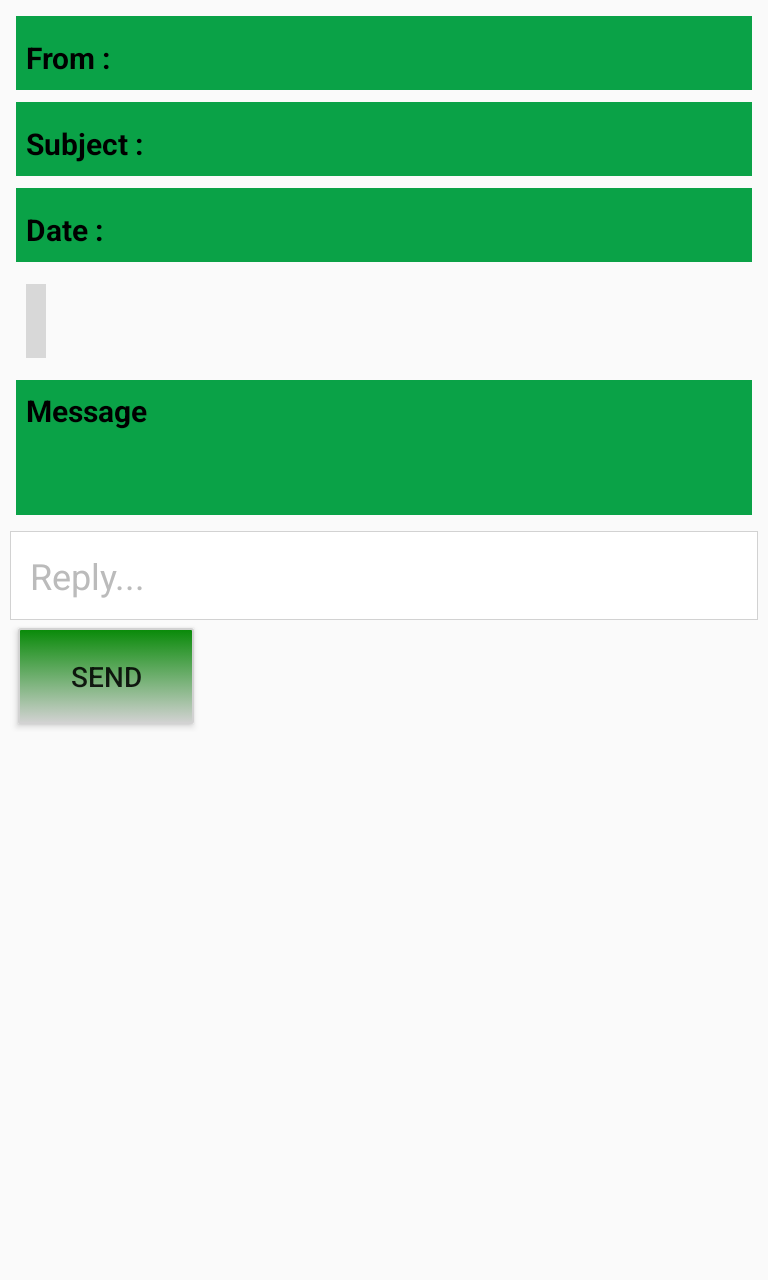
Repository: iguardian2015/iguardian-litchi
Layout: iguardian/res/layout/custom_inbox_view.xml
The author's editor kept a copy of each file at every save. The layout is drawn from the files as they stood at one save, then again after the next save.
It is drawn on a 768 x 1280 px phone screen (xhdpi) without system bars, with theme AppTheme; the app's code is not run.

Above is the layout before, as saved 2015-01-12 08:40:59.

After the next save:
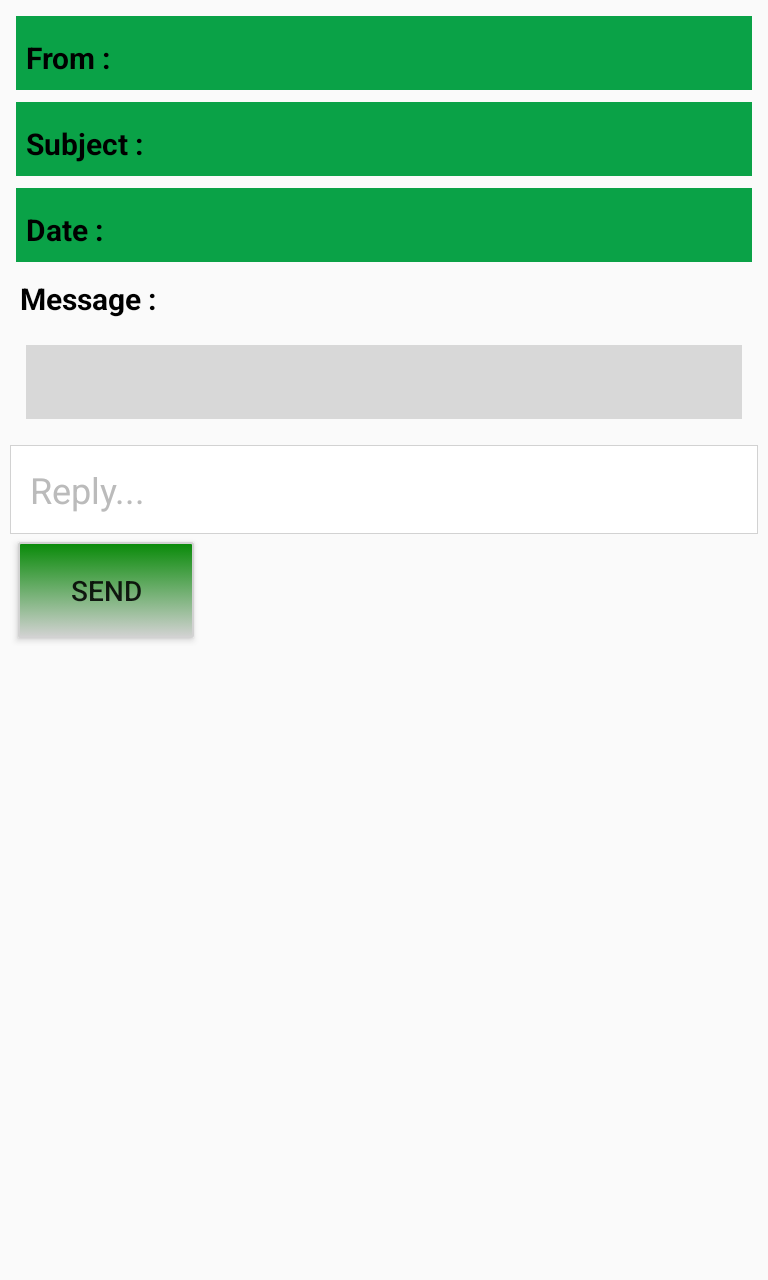
Saved 37 s later.
--- a/iguardian/res/layout/custom_inbox_view.xml
+++ b/iguardian/res/layout/custom_inbox_view.xml
@@ -95,12 +95,21 @@
                 android:textSize="20dp"
                 android:textStyle="italic" />
         </LinearLayout>
-
+			<TextView
+                android:id="@+id/message"
+                android:layout_width="wrap_content"
+                android:layout_height="wrap_content"
+                android:padding="5dp"
+                android:text="Message :"
+                android:textAppearance="?android:attr/textAppearanceLarge"
+                android:textColor="#000000"
+                android:textSize="15dp"
+                android:textStyle="bold" />
 
 
             <TextView
                 android:id="@+id/mes"
-                android:layout_width="wrap_content"
+                android:layout_width="match_parent"
                 android:layout_height="wrap_content"
                 android:layout_margin="8dp"
                 android:padding="5dp"
@@ -111,34 +120,10 @@
                 android:textSize="20dp"
                 android:textStyle="italic" />
 
-            <LinearLayout
-            android:layout_width="match_parent"
-            android:layout_height="wrap_content"
-            android:layout_margin="3dp"
-            android:background="#0AA247"
-            android:orientation="vertical" >
 
-            <TextView
-                android:id="@+id/message"
-                android:layout_width="wrap_content"
-                android:layout_height="wrap_content"
-                android:padding="5dp"
-                android:text="Message"
-                android:textAppearance="?android:attr/textAppearanceLarge"
-                android:textColor="#000000"
-                android:textSize="15dp"
-                android:textStyle="bold" />
 
-            <TextView
-                android:id="@+id/date"
-                android:layout_width="wrap_content"
-                android:layout_height="wrap_content"
-                android:padding="5dp"
-                android:textAppearance="?android:attr/textAppearanceLarge"
-                android:textColor="#000000"
-                android:textSize="20dp"
-                android:textStyle="italic" />
-        </LinearLayout>
+
+
 
 
 
